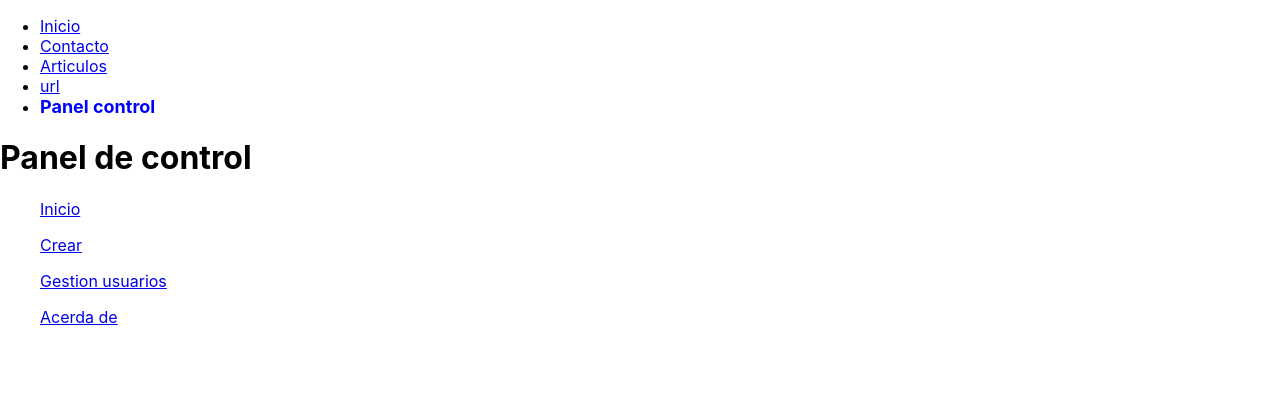
Repository: DamianBermudez94/react-router
Page: /panel-control
The author's editor kept a copy of each file at every save. The page is drawn from the files as they stood at one save, then again after the next save.
The browser window is 1280 px wide. The pictures show the whole page.
The project was rebuilt for these pictures with package versions that can differ from the ones it lists, and the page was loaded fresh each time. Also part of the build but not shown: src/components/Inicio.js, src/components/Articulos.js, src/components/Contacto.js, src/components/Error.js, src/components/ParametrosRutas.js.

Above is the page before, as saved 2023-05-01 09:53:27.

After the next save:
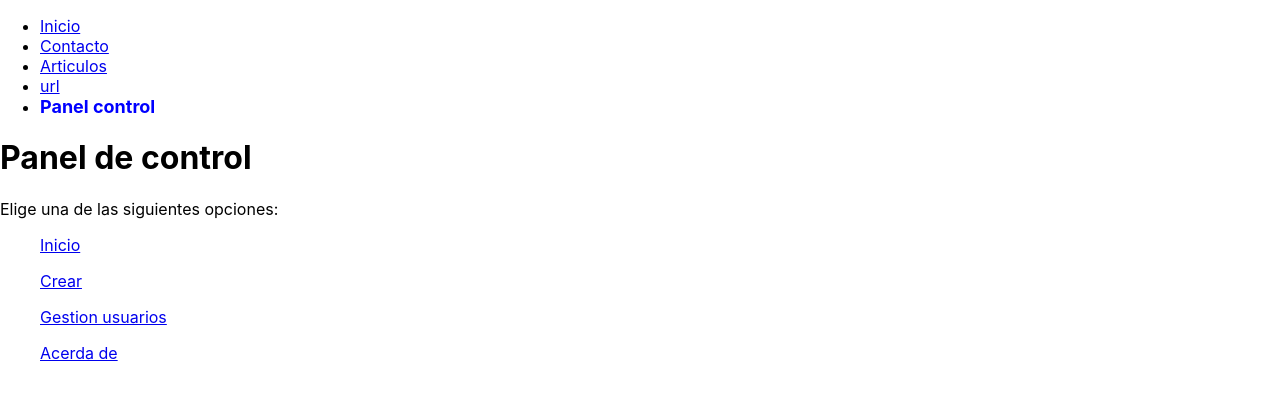
Saved 35 s later.
--- a/src/components/PanelControl.js
+++ b/src/components/PanelControl.js
@@ -5,6 +5,7 @@ export const PanelControl = () => {
   return (
     <div>
         <h1>Panel de control</h1>
+        <span>Elige una de las siguientes opciones:</span>
         <nav>
             <ul>
                 <NavLink to={"/inicio"}>Inicio</NavLink>
